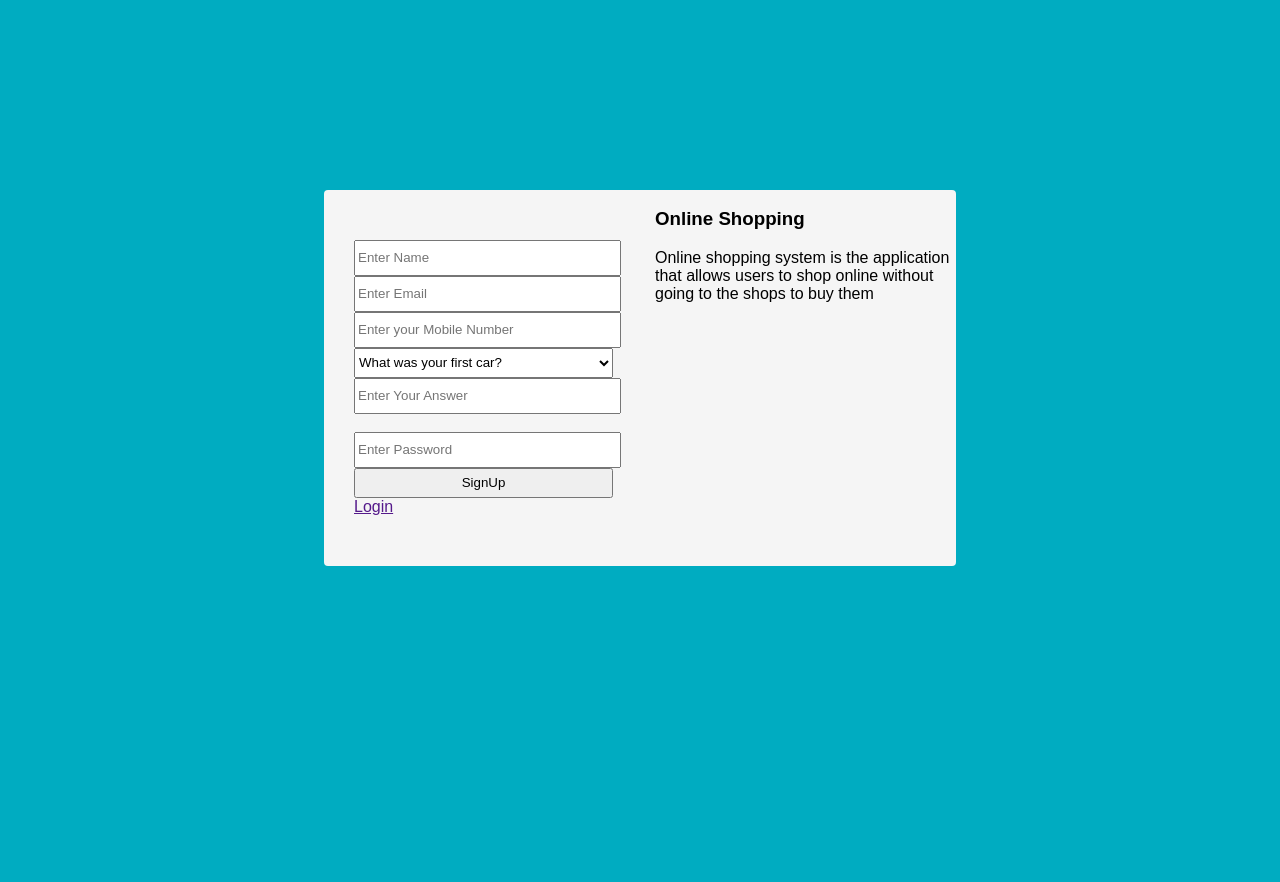
Repository: NidhiDaniel/E-Cart
Page: http://localhost/Online-Shopping-Cart/
These files come from the project's save history. The page is drawn as it stood at one moment and after the next save; the edit follows.
The browser window is 1280 px wide. The pictures show the whole page.
The page is served by Tomcat 9. Other server files are loaded and not shown.

Above is the page before, as saved 2024-01-03 07:32:34.

### Online-Shopping-Cart/src/main/webapp/signupform.jsp
<%@ page language="java" contentType="text/html; charset=ISO-8859-1"
	pageEncoding="ISO-8859-1"%>
<!DOCTYPE html>
<html>
<head>
<meta charset="ISO-8859-1">
<title>Add User</title>
<link rel="stylesheet" type="text/css" href="./css/sign-up.css">
</head>
<body>
	<div class="container">
		<div class="left-div">
			<form action="adduser.jsp" method="post">
				<input type="text" name="name" placeholder="Enter Name">
				<input type="email"name="email" placeholder="Enter Email">
				<input type="number" name="mobile" placeholder="Enter your Mobile Number">
				<select name="security_question">
					<option>What was your first car?</option>
					<option>What is your first school?</option>
					<option>What is your pet name?</option>
					<option>Who was your best friend?</option>
				</select>
				<input type="text" name="answer" placeholder="Enter Your Answer"><br>
				<input type="password"
					name="password" placeholder="Enter Password">
				<input type="submit" value="SignUp">
			</form><br>
			<a href="">Login</a>
		</div>
		<div class="right-div">
		 <h3>Online Shopping</h3>
		 <p>Online shopping system is the application that allows users to shop online without going to the shops
		 to buy them</p>
		</div>
	</div>
</body>
</html>

### Online-Shopping-Cart/src/main/webapp/css/sign-up.css
*{
	font-family: sans-serif;
}
body{
	background: #00ACC1;
}
.container{
	width: 50%;
    background: #f5f5f5;
    margin: 15% 25% 25% 25%;
    border-radius:4px;
	display:flex;
}
.left-div{
	width:50%;
	margin:50px 0px 50px 30px;
}
.left-div form{
	display:inline-grid;
}
 .left-div form input,select{
  height:30px;
  width:140%;
 }
.right-div{
	width:50%;
}

After the next save:
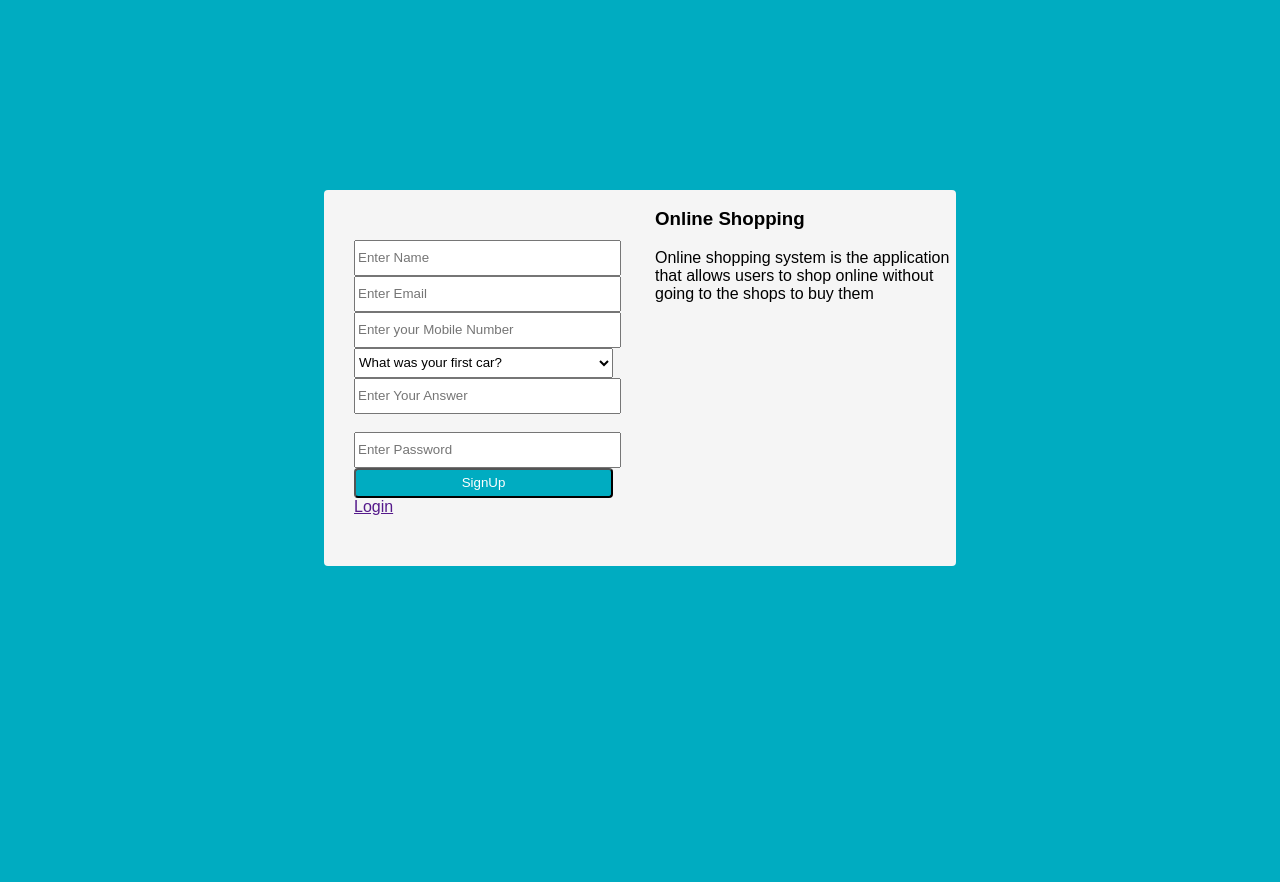
Saved 3 min 19 s later.
--- a/Online-Shopping-Cart/src/main/webapp/css/sign-up.css
+++ b/Online-Shopping-Cart/src/main/webapp/css/sign-up.css
@@ -22,6 +22,11 @@ body{
   height:30px;
   width:140%;
  }
+ .left-div form input[type=submit]{
+ background: #00ACC1;
+ color: white;
+ border-radius: 4px;
+ }
 .right-div{
 	width:50%;
 }
